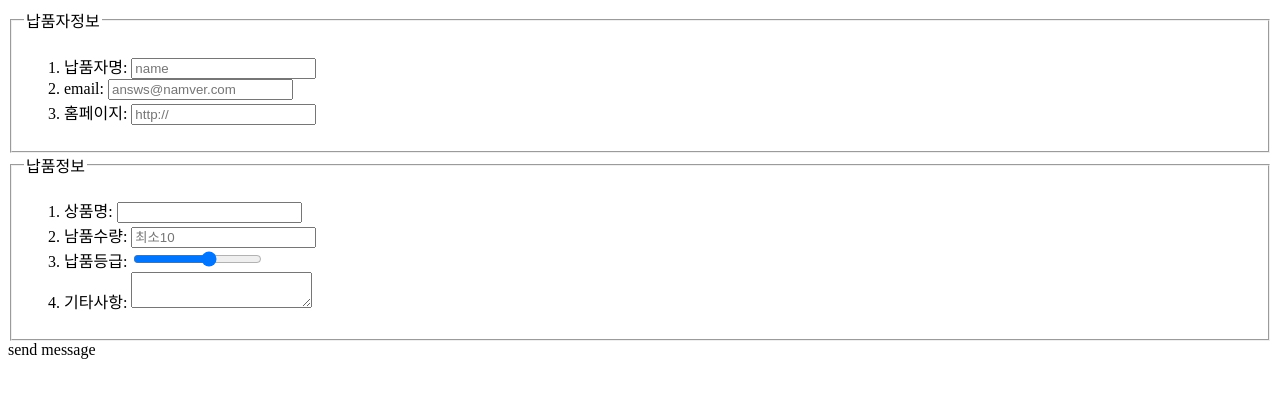
Repository: giwon8701/Qclass_KH
Page: Workspace_Java/testWebProject/WebContent/resources/views/test/productForm.html
The author's editor kept a copy of each file at every save. The page is drawn from the files as they stood at one save, then again after the next save.
The browser window is 1280 px wide. The pictures show the whole page.

Above is the page before, as saved 2021-01-11 01:20:00.

### Workspace_Java/testWebProject/WebContent/resources/views/test/productForm.html
<!doctype html>
<html lang="ko">
<head>
<meta charset="UTF-8">
</head>

<body>
<form = "/testw/product" method="post">
	<fieldset>
		<legend>납품자정보</legend>
		<ol>
			<li>
			<label for="supplier_name">납품자명:</label>
			<input type="text" id="supplier_name" placeholder="name" autocomplete="on" required>
			</li>

			<li>
			<label for="email">email:</label>
			<input type="text" id="email" placeholder="answs@namver.com" autocomplete="on" required>
			</li>

			<li>
			<label for="homepage">홈페이지:</label>
			<input type="text" id="homepage" placeholder="http://" autocomplete="on" required>
			</li>
		</ol>
	</fieldset>

	<fieldset>
		<legend>납품정보</legend>
		<ol>
			<li>
			<label for="pruduct_name">상품명:</label>
			<input type="text" id="pruduct_name" autocomplete="on" required>
			</li>

			<li>
			<label for="qty">남품수량:</label>
			<input type="text" id="qty" min=10 placeholder="최소10" autocomplete="on" required>
			</li>

			<li>
			<label for="grade">납품등급:</label>
			<input type="range" id="grade" min="0" max="10" step="2" placeholder="http://" autocomplete="on" required>
			</li>

			<li>
			<label for="etc">기타사항:</label>
			<textarea id="etc" placeholder="" autocomplete="on" required></textarea>
			</li>
		</ol>
	</fieldset>

	<submit>send message</submit>
</form>
</body>
</html>

After the next save:
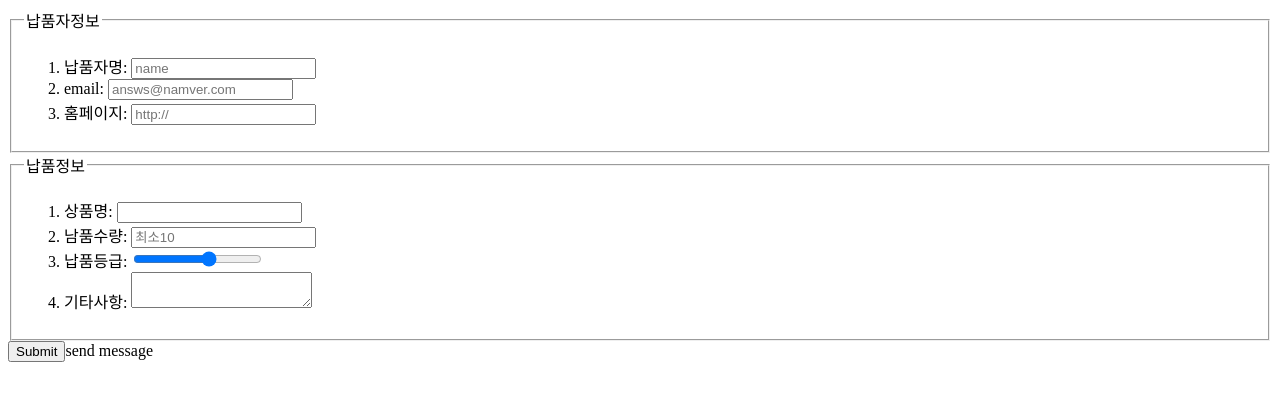
Saved 27 s later.
--- a/Workspace_Java/testWebProject/WebContent/resources/views/test/productForm.html
+++ b/Workspace_Java/testWebProject/WebContent/resources/views/test/productForm.html
@@ -51,7 +51,7 @@
 		</ol>
 	</fieldset>
 
-	<submit>send message</submit>
+	<input type="submit">send message</input>
 </form>
 </body>
 </html>
